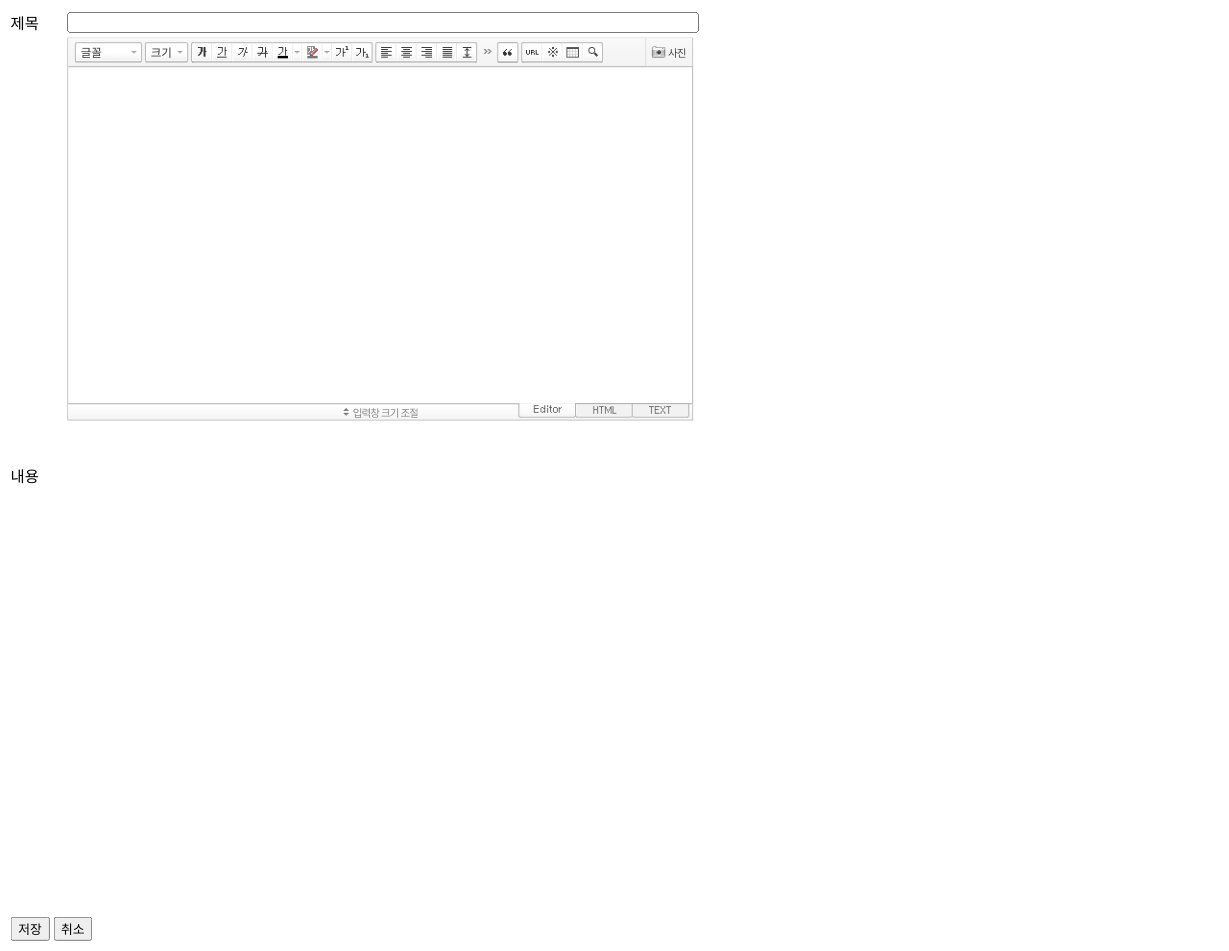
Repository: newtron-vania/Self-made_Foods-JSP
Page: http://localhost/smarteditorSample/Write.jsp
These files come from the project's save history. The page is drawn as it stood at one moment and after the next save; the edit follows.
The browser window is 1280 px wide. The pictures show the whole page, at 96% of full size.
Some web libraries are served in a nearby version. The page is served by Tomcat 9.

Above is the page before, as saved 2019-12-13 20:40:33.
Console error: ReferenceError: jindo is not defined

After the next save:
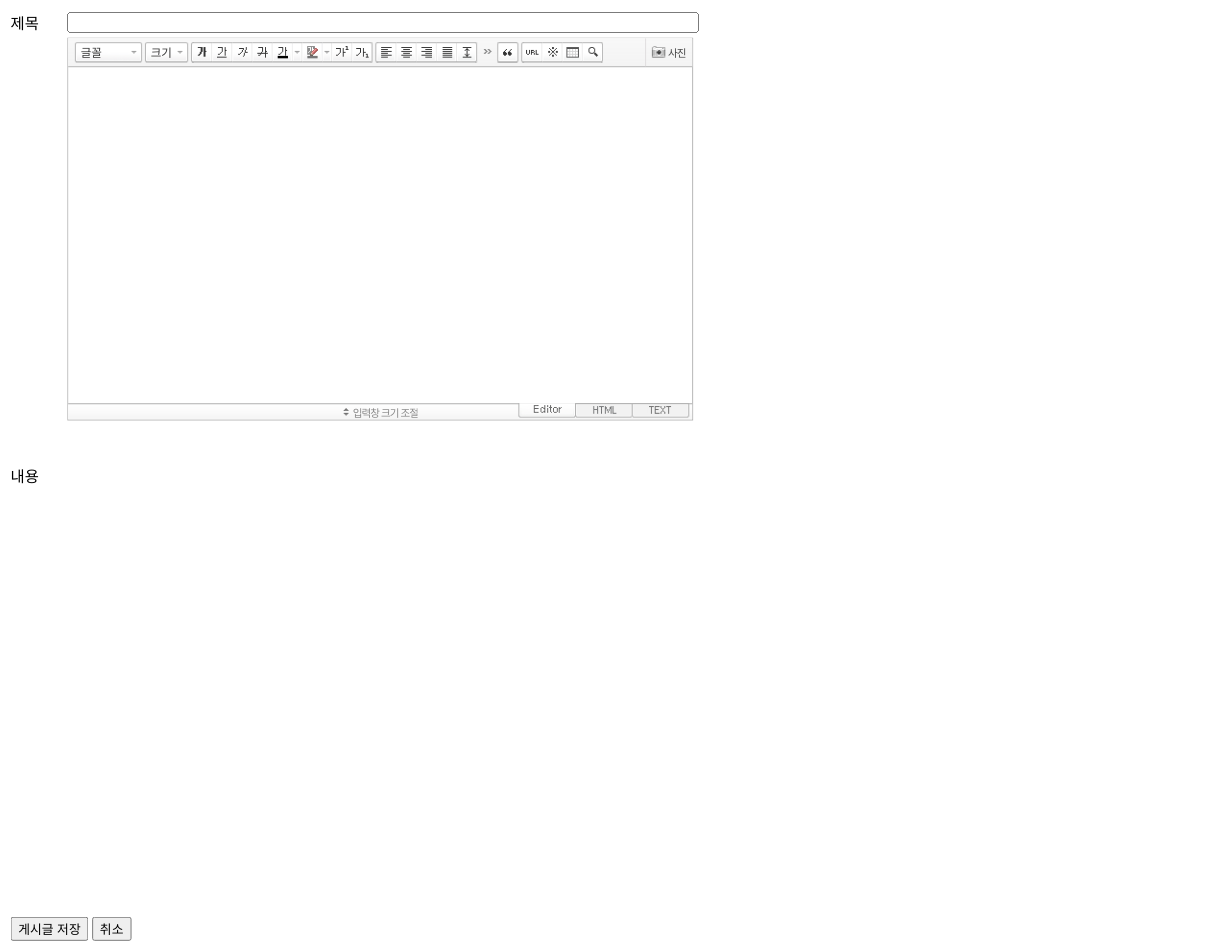
Saved 5 min 37 s later.
--- a/smarteditorSample/WebContent/Write.jsp
+++ b/smarteditorSample/WebContent/Write.jsp
@@ -47,6 +47,11 @@ $(function(){
 	    oEditors.getById["textAreaContent"].exec("PASTE_HTML", [sHTML]);
 	}
 
+	$("#save").click(function(){
+        oEditors.getById["ir1"].exec("UPDATE_CONTENTS_FIELD", []);
+        $("#frm").submit();
+    });
+
 </script>
 <body>
 <form id="frm" action="insert.jsp" method="post" >
@@ -63,7 +68,7 @@ $(function(){
         </tr>
         <tr>
             <td colspan="2">
-                <input type="button" id="save" value="저장"/>
+                <input type="submit" name="save" value="게시글 저장"/>
                 <input type="button" value="취소"/>
             </td>
         </tr>
